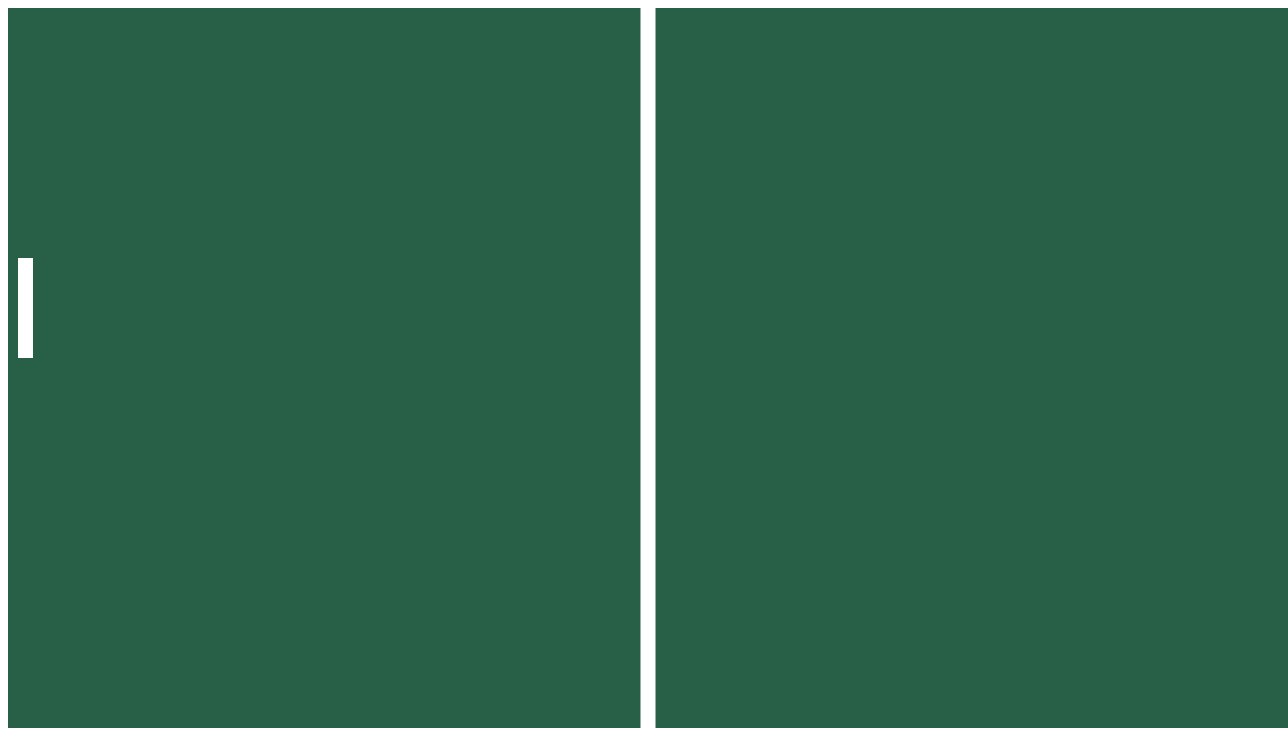
Repository: luizgaivaa/Game
Page: index.html
The author's editor kept a copy of each file at every save. The page is drawn from the files as they stood at one save, then again after the next save.
The browser window is 1280 px wide. The page is 1288 px wide, so the pictures cover 1288 px, including what lies to the right of the window. The pictures show the whole page.

Above is the page before, as saved 2024-03-26 16:08:10.

### index.html
<!DOCTYPE html>
<html lang="en">
<head>
    <meta charset="UTF-8">
    <meta name="viewport" content="width=device-width, initial-scale=1.0">
    <title>Ping_pong</title>
</head>
<body>
    <canvas></canvas>
        <script>
               const canvasEl = document.querySelector("canvas")
        const canvasCtx = canvasEl.getContext("2d")

        const lineWidth = 15
        function setup(){
            canvasEl.width = canvasCtx.width = window.innerWidth
            canvasEl.height = canvasCtx.height = window.innerHeight
        }

        function draw (){
            canvasCtx.fillStyle = "#286047"
            canvasCtx.fillRect(0,0, window.innerWidth, window.innerHeight)

            canvasCtx.fillStyle = "#ffffff"
            const x= window.innerWidth /2 - lineWidth /2
            const y = 0
            const w = lineWidth
            const h = window.innerHeight

            canvasCtx.fillRect(x,y,w,h)
            //raquete esquerda
            canvasCtx.fillRect(10,250,lineWidth,100)

            //raquete direita
            canvasCtx.fillRect(window.innerHeight - lineWidth - -760, 250, lineWidth, 100)

        }
        setup()
        draw()
        </script>


</body>
</html>

After the next save:
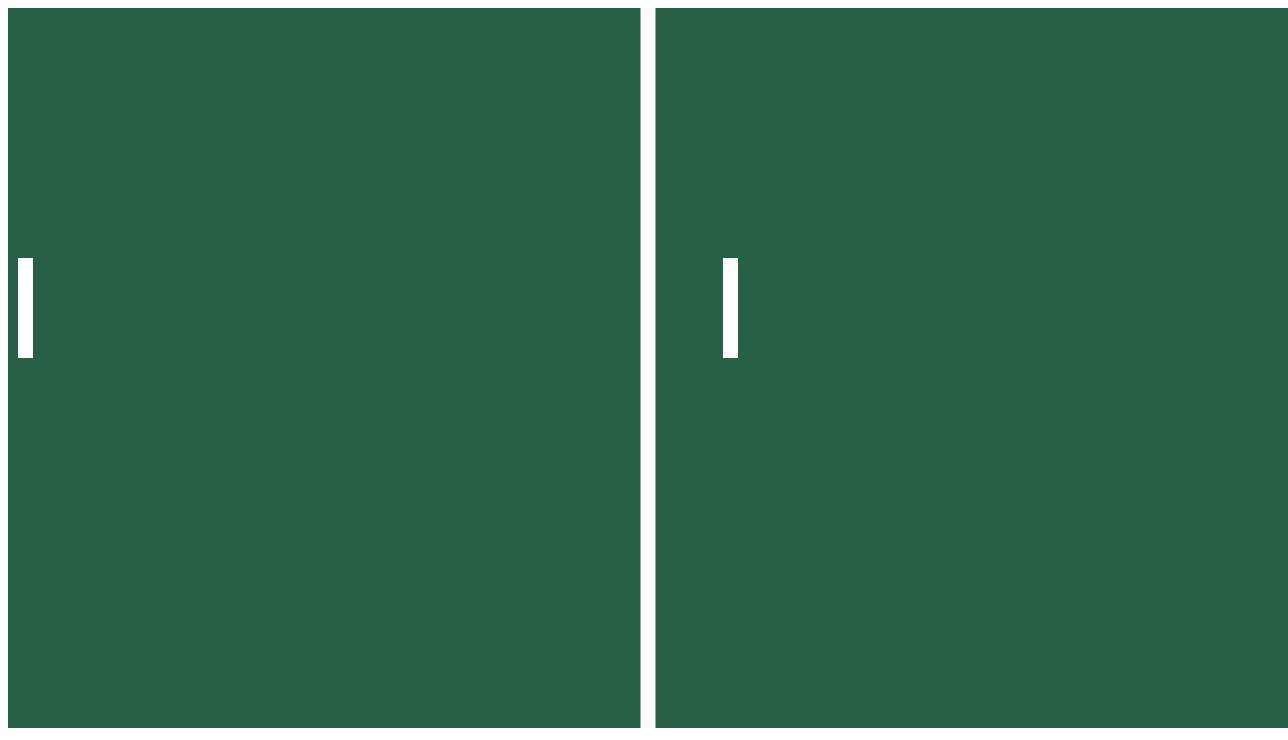
Saved 13 s later.
--- a/index.html
+++ b/index.html
@@ -32,7 +32,7 @@
             canvasCtx.fillRect(10,250,lineWidth,100)
 
             //raquete direita
-            canvasCtx.fillRect(window.innerHeight - lineWidth - -760, 250, lineWidth, 100)
+            canvasCtx.fillRect(window.innerHeight - lineWidth + 10, 250, lineWidth, 100)
 
         }
         setup()
